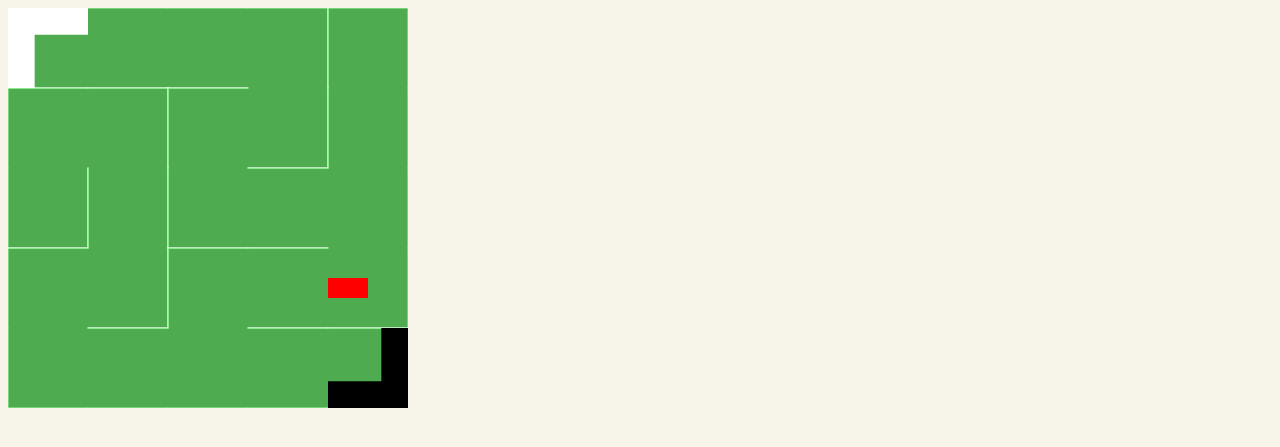
Repository: animarcus/maze-generator
Page: index.html
An editor plug-in stored every save of this project. The page is shown before and after the next save, followed by the edit.
The browser window is 1280 px wide. The pictures show the whole page.
Some web libraries are served in a nearby version.

Above is the page before, as saved 2020-09-12 19:33:14.

### index.html
<!DOCTYPE html>
<html lang="en">
<head>
  <link rel="apple-touch-icon" sizes="180x180" href="/icons/apple-touch-icon.png">
  <link rel="icon" type="image/png" sizes="32x32" href="/icons/favicon-32x32.png">
  <link rel="icon" type="image/png" sizes="16x16" href="/icons/favicon-16x16.png">
  <link rel="manifest" href="/icons/site.webmanifest">
  <link rel="mask-icon" href="/icons/safari-pinned-tab.svg" color="#5bbad5">
  <link rel="shortcut icon" href="/icons/favicon.ico">
  <meta name="msapplication-TileColor" content="#da532c">
  <meta name="msapplication-config" content="/icons/browserconfig.xml">
  <meta name="theme-color" content="#ffffff">

  <script type="text/javascript" src="https://cdn.jsdelivr.net/npm/p5@1.1.4/lib/p5.min.js"></script>
  <script src="js/cell.js"></script>
  <script src="js/sketch.js"></script>
  <script src="js/solver.js"></script>


  <link rel="stylesheet" href="css/style.css">
  <meta charset="UTF-8">
  <meta name="viewport" content="width=device-width, initial-scale=1.0, maximum-scale=1.0, user-scalable=0">
  <title>Maze Generator</title>
</head>
<body>
</body>
</html>

### js/cell.js
class Cell {
  constructor(i, j) {
    this.i = i;
    this.j = j;
    this.walls = [true,true,true,true];
    this.visited = false;
  }
  checkNeighbors() {
    let neighbors = [];
    // console.log(index(i+1  , j   ));
    let top     = grid[index(this.i    , this.j-1 )];
    let right   = grid[index(this.i+1  , this.j   )];
    let bottom  = grid[index(this.i    , this.j +1)];
    let left    = grid[index(this.i-1  , this.j   )];
    if (top && !top.visited) {
      neighbors.push(top);
    }
    if (right && !right.visited) {
      neighbors.push(right);
    }
    if (bottom && !bottom.visited) {
      neighbors.push(bottom);
    }
    if (left && !left.visited) {
      neighbors.push(left);
    }
    if (neighbors.length > 0) {
      let r = floor(Math.random() * neighbors.length);
      return neighbors[r];
    } else {
      return undefined;
    }
  }
  highlight() {
    let x = this.i * w;
    let y = this.j * w;
    fill(150, 0, 0, 255);
    noStroke();
    rect(x, y, w, w);
  }
  show() {
    let x = this.i*w;
    let y = this.j*w;
    stroke(255);
    if (this.walls[0]) {
      line(x,y,x+w,y);
    }
    if (this.walls[1]) {
      line(x+w,y,x+w,y+w);
    }
    if (this.walls[2]) {
      line(x+w,y+w,x,y+w);
    }
    if (this.walls[3]) {
      line(x,y+w,x,y);
    }
    if (this.visited) {
      noStroke();
      fill(100, 255, 100, 150);
      rect(x, y, w, w);
    }
  }
}

### js/sketch.js



let cols, rows;
let w = 80;
let grid = [];
let current;
let stack = [new Cell(0, 0)];

let generated;
let solveOK;


function setup() {
  createCanvas(400,400);
  cols = floor(width/w);
  rows = floor(width/w);

  // frameRate(7);

  generated = false;
  solveOK = false;

  for (let j = 0; j < rows; j++) {
    for (let i = 0; i < cols; i++) {
      let cell = new Cell(i,j);
      grid.push(cell);
    }
  }
  current = grid[0];
}

function draw() {
  background(51);
  for (let i = 0; i < grid.length; i++) {
    grid[i].show();
  }
  if (!generated) {
    maze.generateMaze();
  } else if (solveOK) {
    maze.solveMaze();
  }
}


let maze = {
  generateMaze : function() {
    current.visited = true;
    current.highlight();
    let next = current.checkNeighbors();
    // console.log(stack);
    if (next) {
      next.visited = true;
      //step 2
      stack.push(next);
      //step 3
      removeWalls(current, next);
      //step 4
      current = next;
    } else if (stack.length > 0) {
      current = stack.pop();
      if (stack.length == 0) {
        frameRate(3);
        // console.log("no");
        solver = new Solver(0, 0);
        generated = true;

        solveOK = true;
      }
    }
  },
  solveMaze : function() {
    // grid[0].highlight();
    noStroke();
    fill(color("white"));
    rect(grid[0].i, grid[0].j, w/3, w);
    rect(grid[0].i, grid[0].j, w, w/3);
    fill(color("black"));
    rect(grid[grid.length-1].i*w + w, grid[grid.length-1].j*w + w, -w/3, -w);
    rect(grid[grid.length-1].i*w + w, grid[grid.length-1].j*w + w, -w, -w/3);

    fill(color("red"));
    // rect(solver.i+w/10,solver.j+w/10,w-w/5,w-w/5);
    solver.draw();
    solver.move();
  }
};


function index(i, j) {
  if (i < 0 || j < 0 || i > cols-1 || j > rows-1) {
    return -1;
  }
  return i + j * cols;
}


function removeWalls(a, b) {
  let x = a.i - b.i;
  if (x === 1) {
    a.walls[3] = false;
    b.walls[1] = false;
  } else if (x == -1) {
    a.walls[1] = false;
    b.walls[3] = false;
  }

  let y = a.j - b.j;
  if (y === 1) {
    a.walls[0] = false;
    b.walls[2] = false;
  } else if (y === -1) {
    a.walls[2] = false;
    b.walls[0] = false;
  }

}

### js/solver.js
let facing;
class Solver {
  constructor(x, y) {
    this.i = x;
    this.j = y;
    this.direction = 1; // up-right-down-left
  }
  draw() {
    this.current = grid[index(this.i, this.j)];

    fill(color("red"));
    // this.direction = Math.abs(this.direction);
    let x = this.i*w;
    let y = this.j*w;
    if (this.direction % 4 === 0) {
      this.facing = grid[index(this.i, this.j-1)];
      rect(x + w/2-w/8, y + w/2, w/4, -w/2);
    } else if (this.direction % 4 === 1) {
      rect(x + w/2, y + w/2-w/8, w/2, w/4);
      this.facing = grid[index(this.i+1, this.j)];
    } else if (this.direction % 4 === 2) {
      rect(x + w/2-w/8, y + w/2, w/4, w/2);
      this.facing = grid[index(this.i, this.j+1)];
    } else if (this.direction % 4 === 3) {
      rect(x + w/2, y + w/2-w/8, -w/2, w/4);
      this.facing = grid[index(this.i-1, this.j)];
    }
  }
  move() {
    console.log(" ");
    if (this.current.walls[solveDirection(this.direction)]) {//iswallfront
      console.log("wall in front"); // wall in front

      if (this.current.walls[solveDirection(this.direction + 1)]) {//iswallright
        console.log("wall on right", solveDirection(this.direction -1)); // wall on right
        if (this.current.walls[solveDirection(this.direction - 1)]) { //iswallleft
          console.log("wall on left");
          this.direction += 1;//turn right
        } else {
          this.direction -= 1;//turn left
        }

      } else { //turn right
        this.direction += 1;
      }
    } else {//nowallfront
      this.i = this.facing.i;
      this.j = this.facing.j;
      this.current = grid[index(this.i, this.j)];
      if (!this.current.walls[solveDirection(this.direction + 1)]) {
        this.direction += 1;
      }
    }
    // up wall check : this.current.walls[0] && this.facing.walls[2]
    // right wall check : this.current.walls[1] && this.facing.walls[3]
    // down wall check : this.current.walls[2] && this.facing.walls[0]
    // left wall check : this.current.walls[3] && this.facing.walls[1]
  }
}


function solveDirection(dir) {
  if (dir < 0) {
    dir += 4;
  }
  if (dir % 4 === 0) {
    dir = 0;
  } else if (dir % 4 === 1) {
    dir = 1;
  } else if (dir % 4 === 2) {
    dir = 2;
  } else if (dir % 4 === 3) {
    dir = 3;
  }
  return dir;
}

### css/style.css
* {
  cursor: default;
  /* -webkit-touch-callout: none;
  -webkit-user-select: none;
  -khtml-user-select: none;
  -moz-user-select: none;
  -ms-user-select: none;
  user-select: none; */
}
body {
  background: #f7f4ea;
  height: 100%;
  overflow-y: hidden;
  overflow-x: hidden;
  /* border-radius: 50%; */
}

/* p {
  position: absolute;
  top:50%;
  left:50%;
  transform: translate(-50%,-50%);
} */

After the next save:
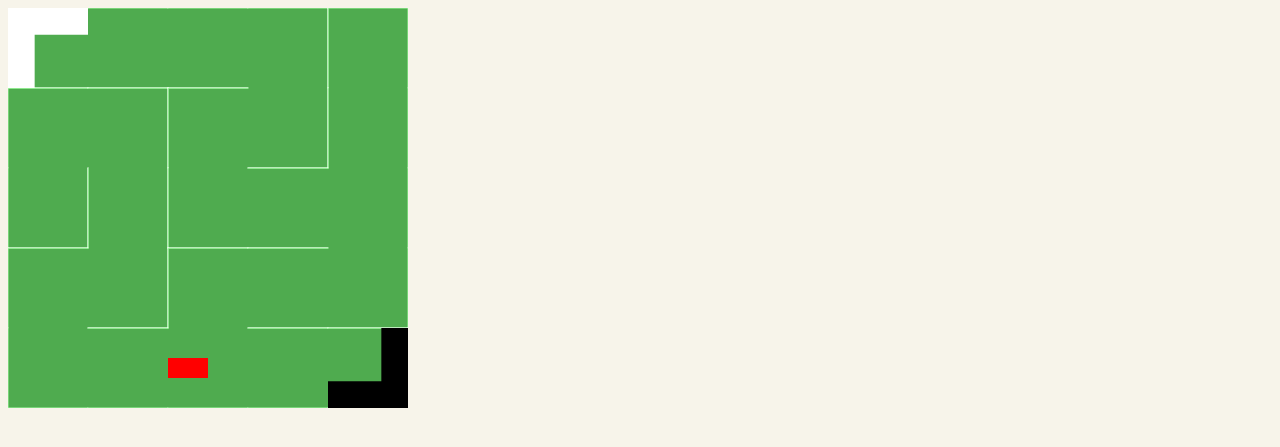
Saved 48 s later.
--- a/js/sketch.js
+++ b/js/sketch.js
@@ -60,7 +60,7 @@
     } else if (stack.length > 0) {
       current = stack.pop();
       if (stack.length == 0) {
-        frameRate(3);
+        frameRate(20);
         // console.log("no");
         solver = new Solver(0, 0);
         generated = true;

After the save that followed:
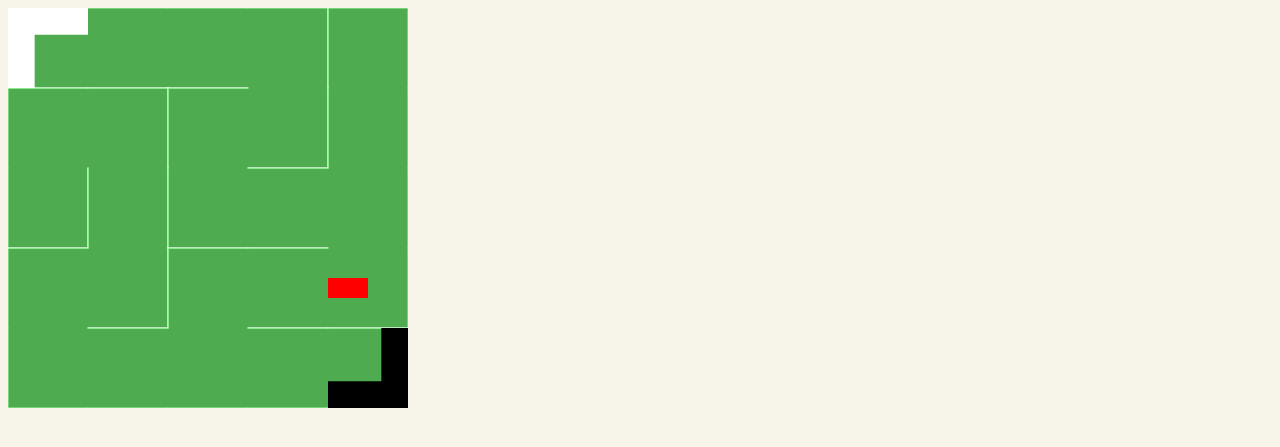
Saved 5 min 3 s later.
--- a/js/sketch.js
+++ b/js/sketch.js
@@ -60,8 +60,7 @@
     } else if (stack.length > 0) {
       current = stack.pop();
       if (stack.length == 0) {
-        frameRate(20);
-        // console.log("no");
+        frameRate(3);
         solver = new Solver(0, 0);
         generated = true;
 
